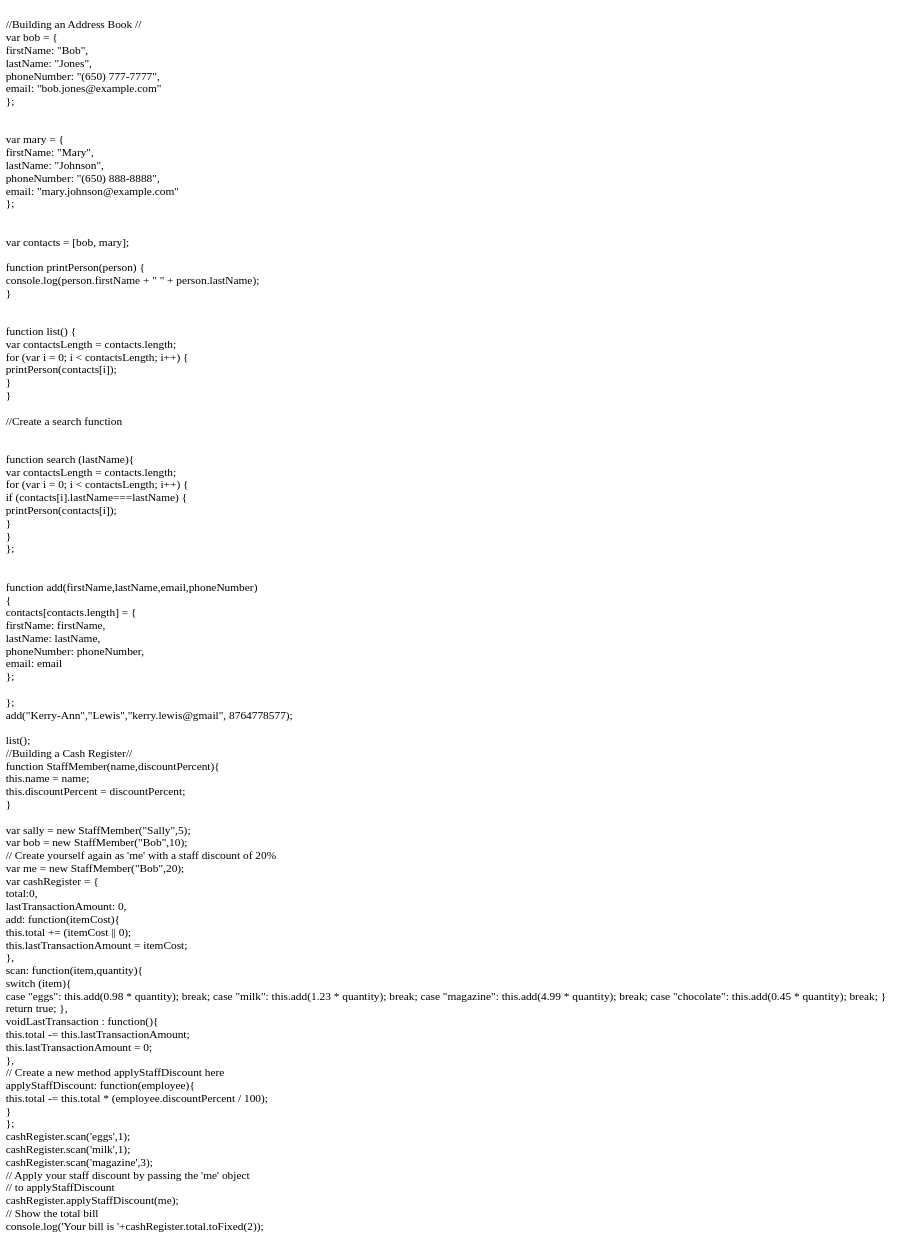
Repository: kernicole/info2180project1
Page: script.html
The author's editor kept a record of every edit. The page is drawn from the files as they stood at one moment, then again after the next edit.
The browser window is 1280 px wide. The pictures show the whole page, at 71% of full size.

Above is the page before.

### script.html
<html>
<title> Script Source Code </title>
<body>
<br/>//Building an Address Book //
<br/>var bob = {
<br/>    firstName: "Bob",
<br/>    lastName: "Jones",
<br/>    phoneNumber: "(650) 777-7777",
<br/>    email: "bob.jones@example.com"
<br/>};
<br/>
<br/>
<br/>var mary = {
<br/>    firstName: "Mary",
<br/>    lastName: "Johnson",
<br/>    phoneNumber: "(650) 888-8888",
<br/>    email: "mary.johnson@example.com"
<br/>};
<br/>
<br/>
<br/>var contacts = [bob, mary];
<br/>
<br/>function printPerson(person) {
<br/>    console.log(person.firstName + " " + person.lastName);
<br/>}
<br/>
<br/>
<br/>function list() {
<br/>	var contactsLength = contacts.length;
<br/>	for (var i = 0; i < contactsLength; i++) {
<br/>		printPerson(contacts[i]);
<br/>	}
<br/>}
<br/>
<br/>//Create a search function
<br/>
<br/>
<br/>function search (lastName){
<br/>   var contactsLength = contacts.length;
<br/>	for (var i = 0; i < contactsLength; i++) {
<br/>	    if (contacts[i].lastName===lastName) {
<br/>	        printPerson(contacts[i]);
<br/>	    }
<br/>	}
<br/>};



<br/>
<br/>

<br/>function add(firstName,lastName,email,phoneNumber)
<br/>{
<br/>    contacts[contacts.length] = {
<br/>    firstName: firstName,
<br/>    lastName: lastName,
<br/>    phoneNumber: phoneNumber,
<br/>    email: email
<br/>};

<br/>


<br/>};


<br/>add("Kerry-Ann","Lewis","kerry.lewis@gmail", 8764778577);
<br/>
<br/>list();






<br/>//Building a Cash Register//



<br/>function StaffMember(name,discountPercent){
<br/>    this.name = name;
 <br/>   this.discountPercent = discountPercent;
<br/>}
<br/>
<br/>var sally = new StaffMember("Sally",5);
<br/>var bob = new StaffMember("Bob",10);

<br/>// Create yourself again as 'me' with a staff discount of 20%
<br/>var me = new StaffMember("Bob",20);

<br/>var cashRegister = {
<br/>    total:0,
<br/>    lastTransactionAmount: 0,
<br/>    add: function(itemCost){
<br/>        this.total += (itemCost || 0);
<br/>        this.lastTransactionAmount = itemCost;
<br/>    },
<br/>    scan: function(item,quantity){
 <br/>       switch (item){
 <br/>       case "eggs": this.add(0.98 * quantity); break;
        case "milk": this.add(1.23 * quantity); break;
        case "magazine": this.add(4.99 * quantity); break;
        case "chocolate": this.add(0.45 * quantity); break;
        }
        return true;
    },
 <br/>   voidLastTransaction : function(){
 <br/>       this.total -= this.lastTransactionAmount;
<br/>        this.lastTransactionAmount = 0;
<br/>    },
<br/>    // Create a new method applyStaffDiscount here
<br/>    applyStaffDiscount: function(employee){
<br/>        this.total -= this.total * (employee.discountPercent / 100);
<br/>    }

<br/>};

<br/>cashRegister.scan('eggs',1);
<br/>cashRegister.scan('milk',1);
<br/>cashRegister.scan('magazine',3);
<br/>// Apply your staff discount by passing the 'me' object
<br/>// to applyStaffDiscount
<br/>cashRegister.applyStaffDiscount(me);

<br/>// Show the total bill
<br/>console.log('Your bill is '+cashRegister.total.toFixed(2));
</body>
</html>

After the next edit:
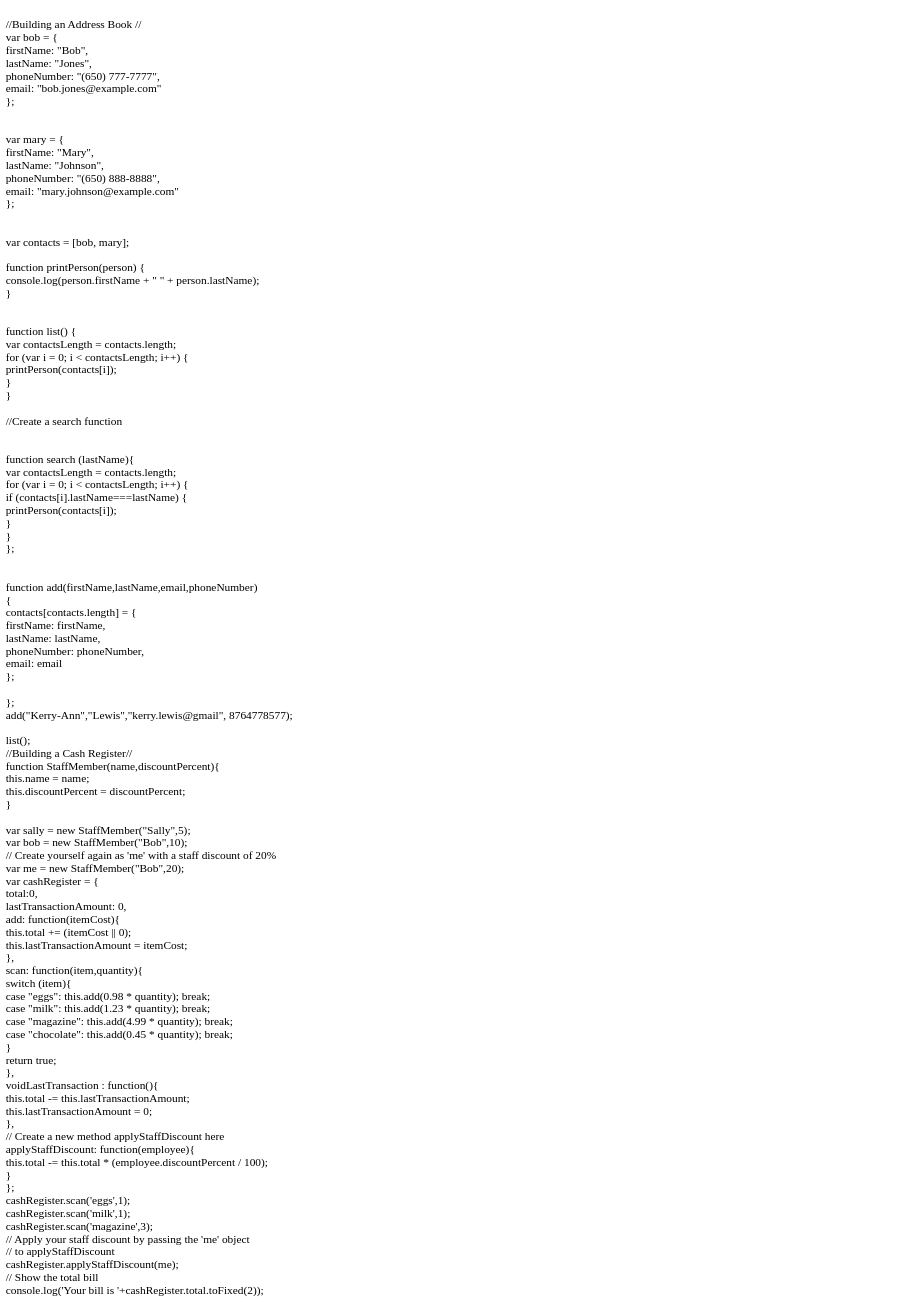
The edit:
--- a/script.html
+++ b/script.html
@@ -98,12 +98,12 @@
 <br/>    scan: function(item,quantity){
  <br/>       switch (item){
  <br/>       case "eggs": this.add(0.98 * quantity); break;
-        case "milk": this.add(1.23 * quantity); break;
-        case "magazine": this.add(4.99 * quantity); break;
-        case "chocolate": this.add(0.45 * quantity); break;
-        }
-        return true;
-    },
+ <br/>       case "milk": this.add(1.23 * quantity); break;
+ <br/>       case "magazine": this.add(4.99 * quantity); break;
+  <br/>      case "chocolate": this.add(0.45 * quantity); break;
+ <br/>       }
+  <br/>      return true;
+  <br/>  },
  <br/>   voidLastTransaction : function(){
  <br/>       this.total -= this.lastTransactionAmount;
 <br/>        this.lastTransactionAmount = 0;
